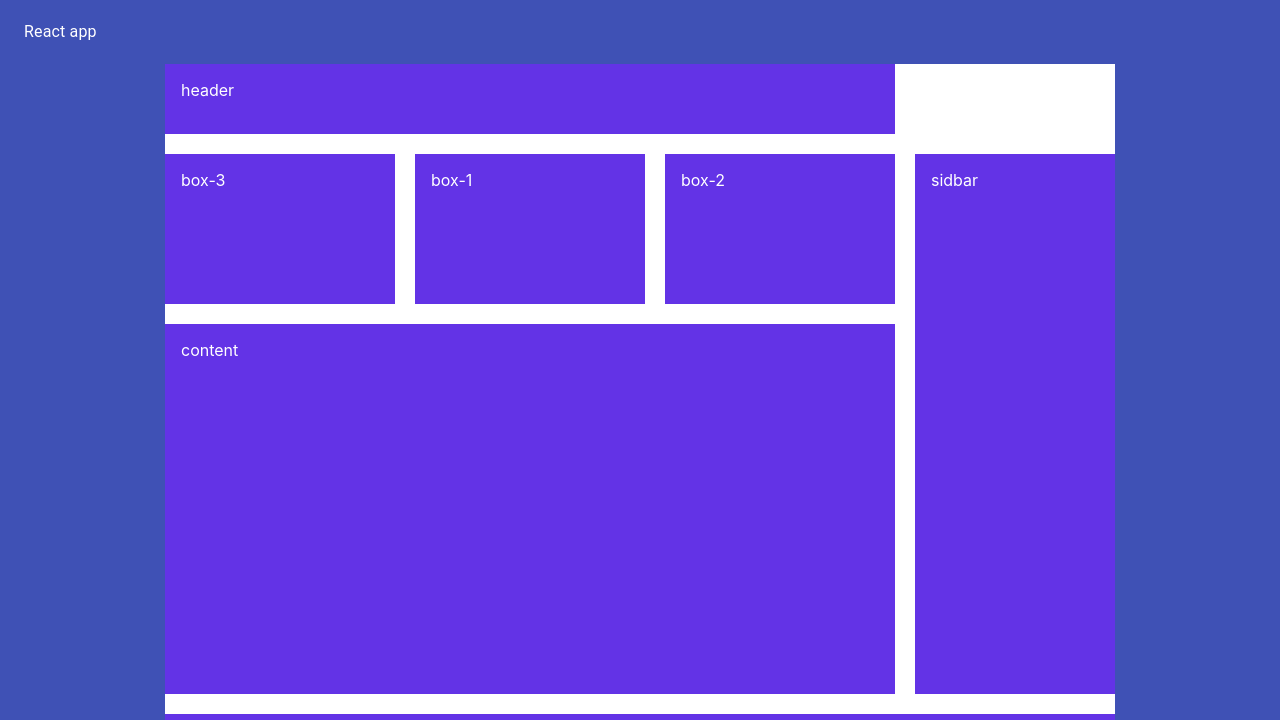
Repository: SD-Mdouka/project_step
Page: /
The author's editor kept a copy of each file at every save. The page is drawn from the files as they stood at one save, then again after the next save.
The browser window is 1280 px wide. The pictures show the whole page.
The project was rebuilt for these pictures with package versions that can differ from the ones it lists, and the page was loaded fresh each time.

Above is the page before, as saved 2022-10-16 16:04:21.

After the next save:
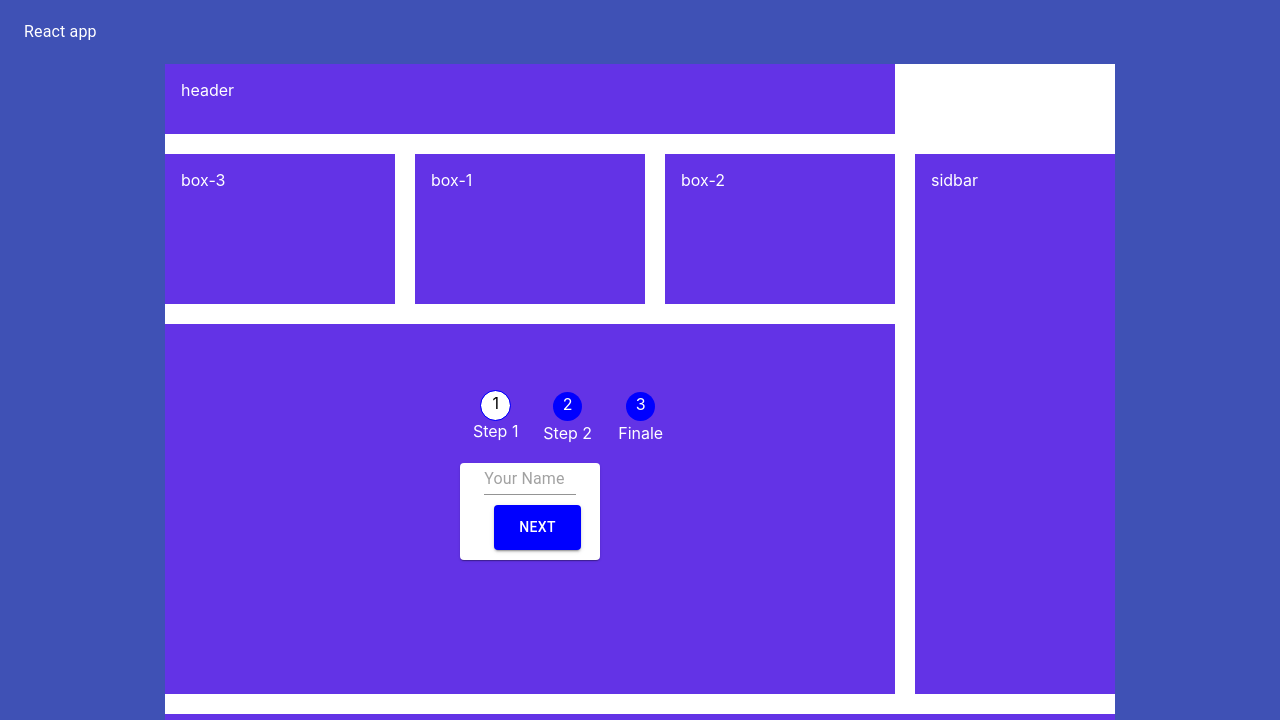
Saved 58 s later.
--- a/src/Grid.js
+++ b/src/Grid.js
@@ -1,4 +1,5 @@
 import React from "react";
+import App from "./Steps";
 import "./style-grid.css";
 
 const Grid = () => {
@@ -10,7 +11,10 @@ const Grid = () => {
         <div className="box">box-2</div>
         <div className="box">box-3</div>
         <div className="sidebar">sidbar</div>
-        <div className="content">content</div>
+        <div className="content">
+          {" "}
+          <App />{" "}
+        </div>
         <div className="footer">footer</div>
       </div>
     </div>
